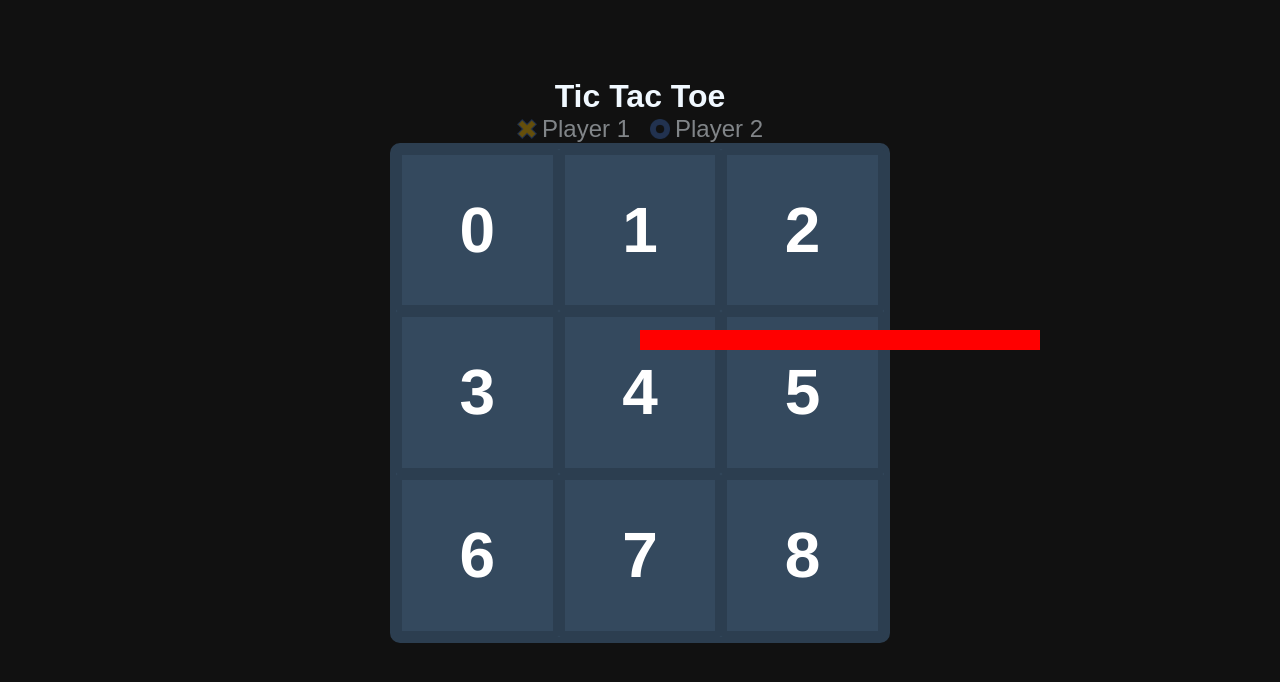
Repository: richardlieknis/tictactoe
Page: index.html
An editor plug-in stored every save of this project. The page is shown before and after the next save, followed by the edit.
The browser window is 1280 px wide. The pictures show the whole page.

Above is the page before, as saved 2022-12-08 14:27:54.

### index.html
<!DOCTYPE html>
<html lang="en">

<head>
    <meta charset="UTF-8" />
    <meta http-equiv="X-UA-Compatible" content="IE=edge" />
    <meta name="viewport" content="width=device-width, initial-scale=1.0" />
    <title>TicTacToe</title>
    <link rel="stylesheet" href="css/style.css" />
    <link rel="stylesheet" href="css/mobile.css" />

    <script src="main.js"></script>
</head>

<body>
    <div class="maincontainer">
        <h1>Tic Tac Toe</h1>
        <div class="players">
            <div id="player1" class="inactive">
                <img src="src/img/cross.png" /> Player 1
            </div>
            <div id="player2" class="inactive">
                <img src="src/img/circle.png" /> Player 2
            </div>
        </div>
        <div class="gameField">
            <div class="box" id="0" onclick="playerPlace(0)">0</div>
            <div class="box" id="1" onclick="playerPlace(1)">1</div>
            <div class="box" id="2" onclick="playerPlace(2)">2</div>
            <div class="box" id="3" onclick="playerPlace(3)">3</div>
            <div class="box" id="4" onclick="playerPlace(4)">4</div>
            <div class="box" id="5" onclick="playerPlace(5)">5</div>
            <div class="box" id="6" onclick="playerPlace(6)">6</div>
            <div class="box" id="7" onclick="playerPlace(7)">7</div>
            <div class="box" id="8" onclick="playerPlace(8)">8</div>
        </div>
        <div class="lines">
            <div class="line"></div>
            <div class="line"></div>
            <div class="line"></div>
            <div class="line"></div>
            <div class="line"></div>
            <div class="line"></div>
            <div class="line"></div>
            <div class="line"></div>
        </div>
    </div>
</body>

</html>

### css/style.css
* {
    margin: 0;
    padding: 0;
    box-sizing: border-box;
}

body {
    font-family: sans-serif;
    color: aliceblue;
    background-color: #111;
}

.players {
    display: flex;
    align-items: center;
    justify-content: center;
    gap: 20px;
}

#player1,
#player2 {
    display: flex;
    align-items: center;
    gap: 5px;
    font-size: 24px;
}

.inactive {
    opacity: 0.5;
}

.players img {
    width: 20px;
}

.maincontainer {
    display: flex;
    justify-content: center;
    align-items: center;
    flex-direction: column;
    height: 100vh;
}

.gameField {
    width: 500px;
    height: 500px;
    margin: 0 auto;
    background-color: #34495e;
    color: #fff;
    border: 6px solid #2c3e50;
    border-radius: 10px;
    display: grid;
    grid-template: repeat(3, 1fr) / repeat(3, 1fr);
}

.box {
    border: 6px solid #2c3e50;
    border-radius: 2px;
    font-family: Helvetica;
    font-weight: bold;
    font-size: 4em;
    display: flex;
    justify-content: center;
    align-items: center;
    cursor: pointer;
}

.box:hover {
    background-color: #416080;
}

.line {
    position: absolute;
    background-color: #f00;
    width: 400px;
    height: 20px;
    margin-bottom: 1px;
    top: 330px;
}

### main.js
const circle = document.getElementById('circle');
const cross = document.getElementById('cross');
const gameover = document.getElementById('gameover');

let fields = [0, 1, 2, 3, 4, 5, 6, 7, 8];
let currentPlayer = 'cross';
let win = false;

let winFields = [
    [0, 1, 2],
    [3, 4, 5],
    [6, 7, 8],
    [0, 3, 6],
    [1, 4, 7],
    [2, 5, 8],
    [0, 4, 8],
    [2, 4, 6]
]

function playerPlace(id) {
    let fieldHtml = document.getElementById(id);
    if (fields[id] < 9 && !win) {
        if (currentPlayer === 'circle') {
            fields[id] = 'circle';
            fieldHtml.innerHTML = `<img src="src/img/circle.png">`;
            checkWin();
            currentPlayer = 'cross';
            document.getElementById('player1').classList.remove('inactive');
            document.getElementById('player2').classList.add('inactive');
        } else if (currentPlayer === 'cross') {
            fields[id] = 'cross';
            fieldHtml.innerHTML = `<img src="src/img/cross.png">`;
            checkWin();
            currentPlayer = 'circle';
            document.getElementById('player2').classList.remove('inactive');
            document.getElementById('player1').classList.add('inactive');
        }
    }
}

function checkWin() {
    for (let i = 0; i < winFields.length; i++) {
        if (fields[winFields[i][0]] === fields[winFields[i][1]] &&
            fields[winFields[i][1]] === fields[winFields[i][2]]) {
            console.log("GEWONNEN:", currentPlayer);
            win = true;
        }
    }

}

function resetGame() {
    win = false;
    for (let i = 0; i < 9; i++) {
        let fieldHtml = document.getElementById(i);
        fields = [0, 1, 2, 3, 4, 5, 6, 7, 8];
        fieldHtml.innerHTML = "";
    }
}

Loaded but not shown: css/mobile.css (no stored copy; drawn as an empty file)

After the next save:
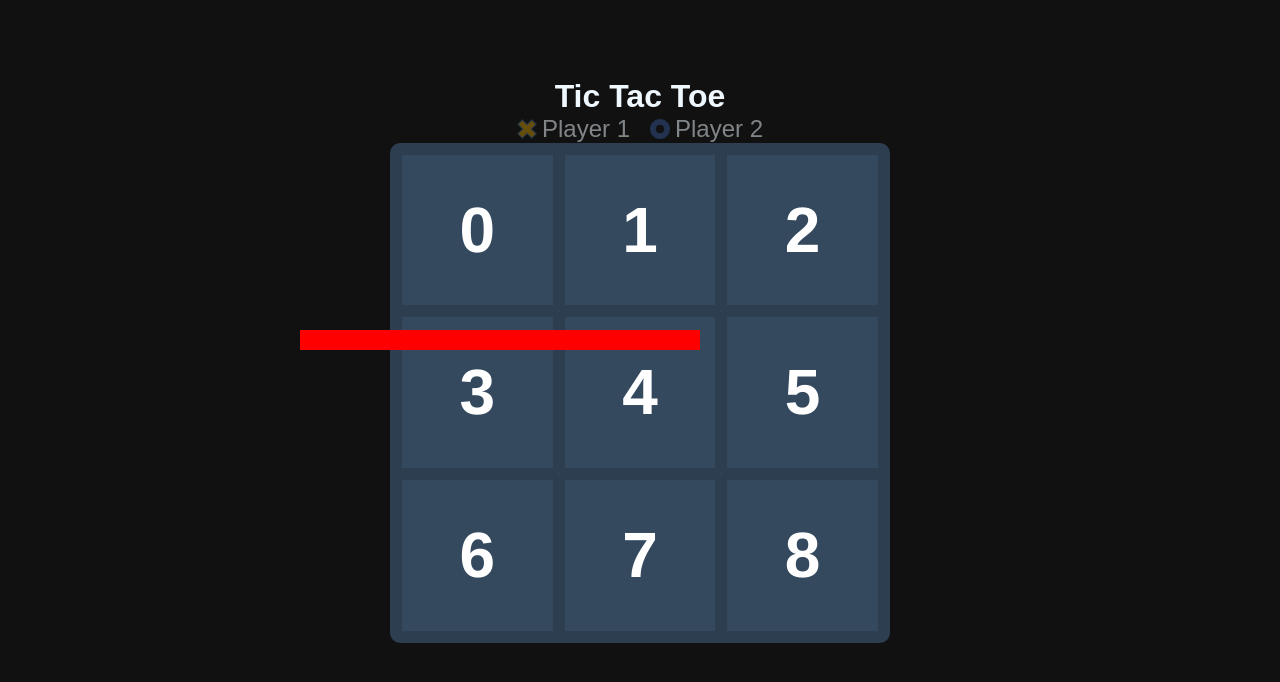
Saved 9 s later.
--- a/css/style.css
+++ b/css/style.css
@@ -76,4 +76,5 @@
     height: 20px;
     margin-bottom: 1px;
     top: 330px;
+    left: 300px;
 }
